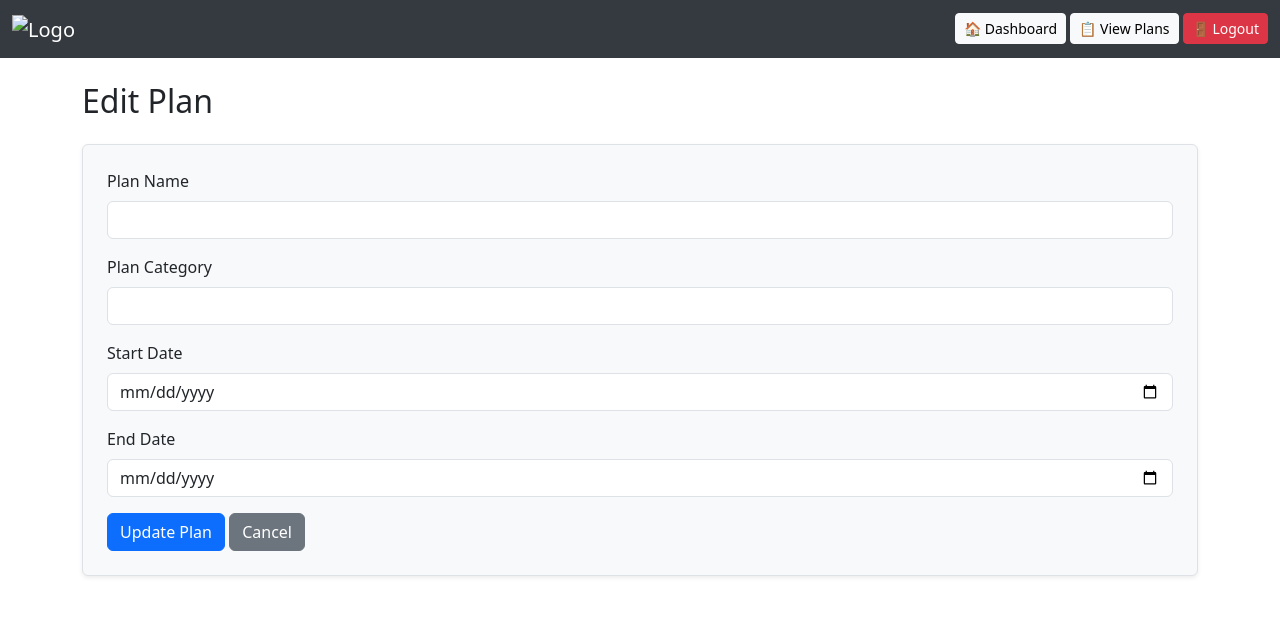
Repository: PRAJWALSINKAR/Spring_boot_Major_Projects
Page: http://localhost/edit-plan
An editor plug-in stored every save of this project. The page is shown before and after the next save, followed by the edit.
The browser window is 1280 px wide. The pictures show the whole page.
The page is this project's Thymeleaf template; nobody is signed in. The template is opened directly, without the code that normally fills it, so the values that code supplies are empty.

Above is the page before, as saved 2025-08-06 18:18:55.
Not found: IES-Integrated_Eligibility_system/images/logo.png

### IES-Integrated_Eligibility_system/src/main/resources/templates/edit-plan.html
<!DOCTYPE html>
<html xmlns:th="http://www.thymeleaf.org">
<head>
    <title>Edit Plan</title>
    <link rel="stylesheet" href="https://cdn.jsdelivr.net/npm/bootstrap@5.3.2/dist/css/bootstrap.min.css"/>
    <style>
        .navbar-custom {
            background-color: #343a40;
        }
        .navbar-brand img {
            height: 40px;
        }
    </style>
</head>
<body>

<nav class="navbar navbar-expand-lg navbar-dark navbar-custom">
    <div class="container-fluid">
        <a class="navbar-brand" href="#">
            <img src="/images/logo.png" alt="Logo"/>
        </a>
        <div class="ms-auto">
            <a href="/dashboard" class="btn btn-light btn-sm">🏠 Dashboard</a>
            <a href="/plan/view" class="btn btn-light btn-sm">📋 View Plans</a>
            <a href="/logout" class="btn btn-danger btn-sm">🚪 Logout</a>
        </div>
    </div>
</nav>

<div class="container mt-4">
    <h2 class="mb-4">Edit Plan</h2>

    <form th:action="@{/plan/save}" method="post" th:object="${plan}" class="border p-4 rounded shadow-sm bg-light">
        <input type="hidden" th:field="*{id}"/>

        <div class="mb-3">
            <label class="form-label">Plan Name</label>
            <input type="text" th:field="*{planName}" class="form-control" required/>
        </div>

        <div class="mb-3">
            <label class="form-label">Plan Category</label>
            <input type="text" th:field="*{planCategory}" class="form-control" required/>
        </div>

        <div class="mb-3">
            <label class="form-label">Start Date</label>
            <input type="date" th:field="*{planStartDate}" class="form-control"/>
        </div>

        <div class="mb-3">
            <label class="form-label">End Date</label>
            <input type="date" th:field="*{planEndDate}" class="form-control"/>
        </div>

        <button type="submit" class="btn btn-primary">Update Plan</button>
        <a href="/plan/view" class="btn btn-secondary">Cancel</a>
    </form>
</div>
</body>
</html>

After the next save:
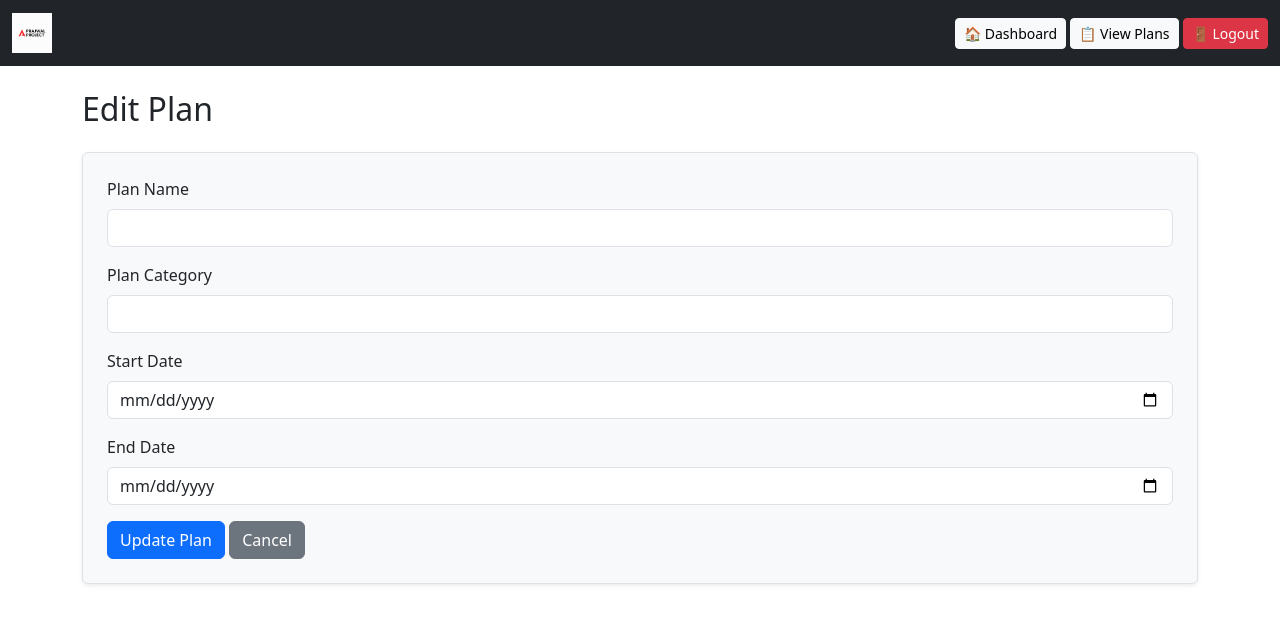
Saved 100 s later.
--- a/IES-Integrated_Eligibility_system/src/main/resources/templates/edit-plan.html
+++ b/IES-Integrated_Eligibility_system/src/main/resources/templates/edit-plan.html
@@ -13,11 +13,10 @@
     </style>
 </head>
 <body>
-
-<nav class="navbar navbar-expand-lg navbar-dark navbar-custom">
+<nav class="navbar navbar-expand-lg navbar-dark bg-dark">
     <div class="container-fluid">
         <a class="navbar-brand" href="#">
-            <img src="/images/logo.png" alt="Logo"/>
+            <img th:src="@{/images/myName-Logo.png}" alt="Logo" width="40" height="40"/>
         </a>
         <div class="ms-auto">
             <a href="/dashboard" class="btn btn-light btn-sm">🏠 Dashboard</a>
@@ -26,6 +25,7 @@
         </div>
     </div>
 </nav>
+
 
 <div class="container mt-4">
     <h2 class="mb-4">Edit Plan</h2>
